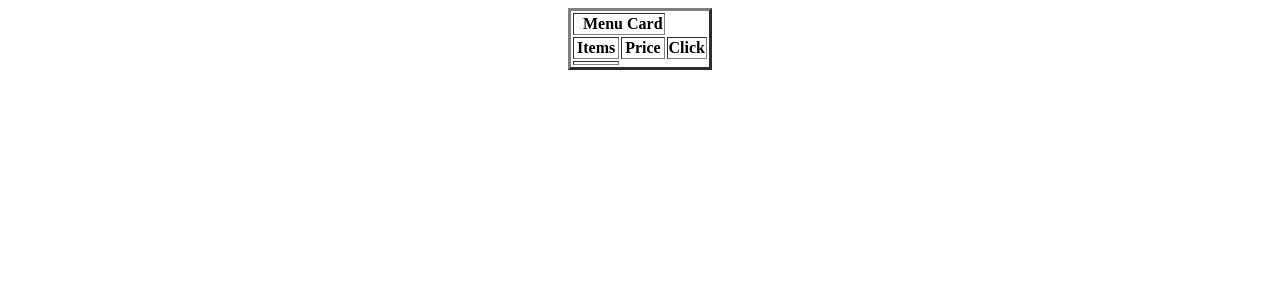
Repository: PersonalGithub26/Infinite-Training
Page: Day10/SwiggyProject/src/Swiggy.html
These files come from the project's save history. The page is drawn as it stood at one moment and after the next save; the edit follows.
The browser window is 1280 px wide. The pictures show the whole page.

Above is the page before, as saved 2022-12-29 15:38:57.
Console error: SyntaxError: Unexpected identifier 'i'

### Day10/SwiggyProject/src/Swiggy.html
<!DOCTYPE html>
<html>
<head>
<script>
		function show()
		{
			var items = ["Idly", "Dosa", "wada", "Puri", "Chapathi", "Bonda"]
		}
	</script>

<meta charset="ISO-8859-1">
<title>Insert title here</title>
</head>
<body>

	<form name="SwiggyForm">
		<table border="3" align="center">
			<tr>
				<th colspan="2" align="center">&nbsp;&nbsp;Menu Card</th>
			</tr>
			<tr>
				<th>Items</th>
				<th>Price</th>
				<th>Click</th>
			</tr>
			<tr>
				<td>

						<script>
                            for (int i = 0; i < items.length; i++) {
                                document.write( items[i]);
                            }
                        </script>
				</td>
			</tr>
		</table>

	</form>

</body>
</html>

After the next save:
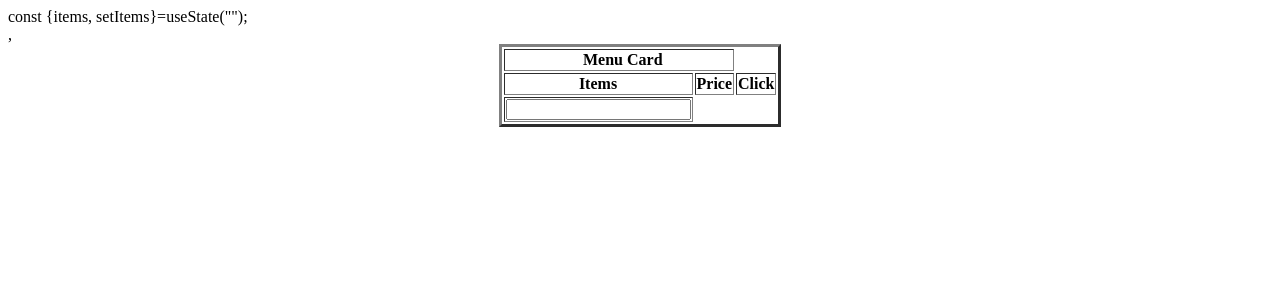
Console error: ReferenceError: items is not defined
Saved 9 min 31 s later.
--- a/Day10/SwiggyProject/src/Swiggy.html
+++ b/Day10/SwiggyProject/src/Swiggy.html
@@ -7,6 +7,7 @@
 			var items = ["Idly", "Dosa", "wada", "Puri", "Chapathi", "Bonda"]
 		}
 	</script>
+	const {items, setItems}=useState("");
 
 <meta charset="ISO-8859-1">
 <title>Insert title here</title>
@@ -23,11 +24,12 @@
 				<th>Price</th>
 				<th>Click</th>
 			</tr>
-			<tr>
+			<tr value="items">,
 				<td>
+					<input type="text" onblur="show()">
 
 						<script>
-                            for (int i = 0; i < items.length; i++) {
+                            for (i = 0; i < items.length; i++) {
                                 document.write( items[i]);
                             }
                         </script>
